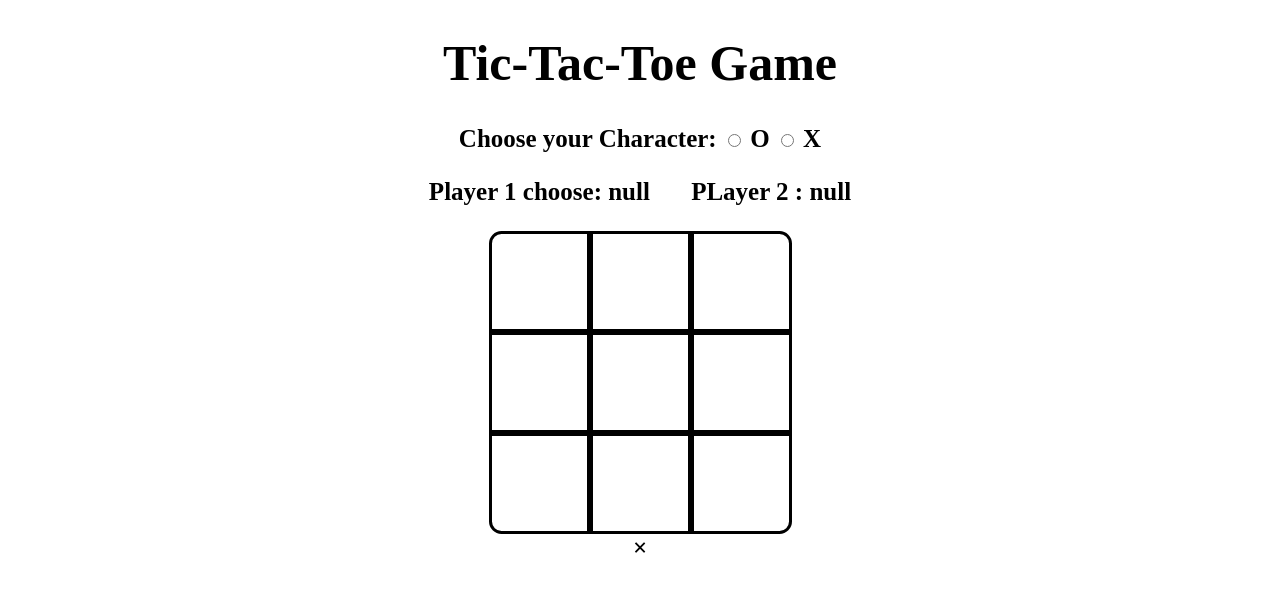
Repository: 0101chaitanya/Tic-Tac-Toe
Page: index.html
These files come from the project's save history. The page is drawn as it stood at one moment and after the next save; the edit follows.
The browser window is 1280 px wide. The pictures show the whole page.

Above is the page before, as saved 2021-06-11 21:01:07.
Console error: TypeError: Cannot set properties of null (setting 'onclick')

### index.html
<!DOCTYPE html>
<html>

<head>
    <meta charset="utf-8">
    <title>Tic-Tac-Toe Game</title>
    <meta name="viewport" content="width=device-width, initial-scale=1">

    <link rel="stylesheet" href="styles.css">
</head>

<body>

    <h1 id="heading">Tic-Tac-Toe Game</h1>
    <form>
        Choose your Character:
        <input value="O" name="radio" onclick="eventFun.setUser(this)" type="radio">
        <label for="O">O</label>
        <input value="X" name="radio" onclick="eventFun.setUser(this)" type="radio">
        <label for="X">X</label>

    </form>
    <div id="player">
        <span id='1'>Player 1 choose:</span>
        <span id='2'>PLayer 2 :</span>
    </div>
    <form id="gameSquare">
        <section id="row1">
            <div id="r1Column1"></div>
            <div id="rlColumn2"></div>
            <div id="rlColumn3"></div>
        </section>
        <section id="row2">
            <div id="r2Column1"></div>
            <div id="r2Column2"></div>
            <div id="r2Column3"></div>
        </section>
        <section id="row3">
            <div id="r3Column1"></div>
            <div id="r3Column2"></div>
            <div id="r3Column3"></div>
        </section>
    </form>
    <div class="alert">
        <span class="closebtn">&times;</span>
        <strong></strong>
    </div>

</body>
<script type="text/javascript" src="script.js"></script>

</html>

### styles.css
:root {
    text-align: center;
    font-weight: bold;
}

@media screen and (max-width: 400px) {
     :root {
        font-size: 14px;
    }
}

@media screen and (min-width: 401px) and (max-width: 700px) {
     :root {
        font-size: 18px;
    }
}

@media screen and (min-width: 701px) {
     :root {
        font-size: 25px;
    }
}

label>input {
    color: red;
    border: 1px solid;
}
#player{
    display: block;
    margin: 1rem auto 1rem auto;

}
#player>span{
    margin: auto 0.7rem auto 0.7rem;
}
#gameSquare {
    width: min-content;
    height: min-content;
    display: block;
    margin: auto;
}

#gameSquare>section:nth-child(n) {
    /* border-style: solid;
     */
    width: min-content;
    height: min-content;
    display: flex;
    justify-content: center;
    align-items: center;
}

#gameSquare>section:nth-child(n)>div:nth-child(n) {
    display: block;
    margin: auto;
    width: 3.8rem;
    height: 3.8rem;
    border-style: solid;
    border-width: 0.15rem;
}

#gameSquare>section:nth-child(1)>div:nth-child(1) {
    border-top-left-radius: 0.5rem;
}

#gameSquare>section:nth-child(1)>div:nth-child(3) {
    border-top-right-radius: 0.5rem;
}

#gameSquare>section:nth-child(3)>div:nth-child(1) {
    border-bottom-left-radius: 0.5rem;
}

#gameSquare>section:nth-child(3)>div:nth-child(3) {
    border-bottom-right-radius: 0.5rem;
}

### script.js
"use strict";
let eventFun = (function () {
    let user1Selection, user2Selection, runningCharacter;
    let runningNumber = 0, i, result;
    function setUser(given) {
        localStorage.setItem("user1Selection", given.value);
        document.querySelector(`form`).submit();
    }
    user1Selection = localStorage.getItem("user1Selection");
    user2Selection =
        user1Selection != null ? (user1Selection === "X" ? "O" : "X") : null;
    runningCharacter = user1Selection;
    document.getElementById('1').textContent += ` ` + user1Selection || '';
    document.getElementById('2').textContent += ` ` + user2Selection || '';

    let array = Array.from(
        document.getElementById("gameSquare").querySelectorAll("div")
    );
    function switchRunChar() {
        runningCharacter = runningCharacter === "O" ? "X" : "O";
        runningNumber = runningNumber === 0 ? 1 : 0;
    }
    function text(i) {
        return array[i].textContent;
    }
    let newArray = Array(array.length).fill();
    function arrayCreator(index, incrementer) {
        return [
            newArray[index],
            newArray[index + incrementer],
            newArray[index + 2 * incrementer],
        ];
    }
    let count = 0;

    let horizontalArray;
    let verticalArray;
    let diagonalArray;
    function parser(arrayInput) {
        let arr = arrayInput.map((item, index) => {
            let res = item.reduce((stack, item) => {
                stack += item;
                return stack;
            });
            return res;
        });
        return arr;
    }
    function check(input) {
        input.forEach((item) => {
            if (item === 3) {
                result = item;
                alert("Player 2 won");
            } else if (item === 0) {
                result = item;
                alert("Player 1 won");
            }
        });
    }
    function checkWin() {
        horizontalArray = [
            arrayCreator(0, 1),
            arrayCreator(3, 1),
            arrayCreator(6, 1),
        ];
        verticalArray = [
            arrayCreator(0, 3),
            arrayCreator(1, 3),
            arrayCreator(2, 3),
        ];
        diagonalArray = [arrayCreator(0, 4), arrayCreator(2, 2)];

        let horizontalParsed = parser(horizontalArray);
        let verticalParsed = parser(verticalArray);

        let diagonalParsed = parser(diagonalArray);
        check(horizontalParsed);
        check(verticalParsed);
        check(diagonalParsed);

        if (count == 8) {
            console.table(horizontalArray, verticalArray, diagonalArray);
            console.table({
                horizontalParsed: horizontalParsed,
                verticalParsed: verticalParsed,
                diagonalParsed: diagonalParsed,
            });
            console.table(newArray);
            if (result == undefined) {
                alert("draw");
            }
        }
    }

    let setOutput = function (e, index) {
        e.target.textContent = runningCharacter;
        e.target.removeEventListener("click", (e) => setOutput(e));
        newArray.splice(index, 1, runningNumber);
        switchRunChar();
        checkWin();

        count++;
    };
    array.forEach((item, index) => {
        item.textContent = "";
        item.addEventListener("click", (e) => setOutput(e, index), { once: true });
    });
    let close = document.getElementById('closebtn');
    close.onclick = function () {
        let div = this.parentElement;
        div.style.opacity = '0';
        setTimeout(function () {
            div.style.display = "none";
        }, 600);
    }


    return { result, array, setOutput, setUser, count };
})();

After the next save:
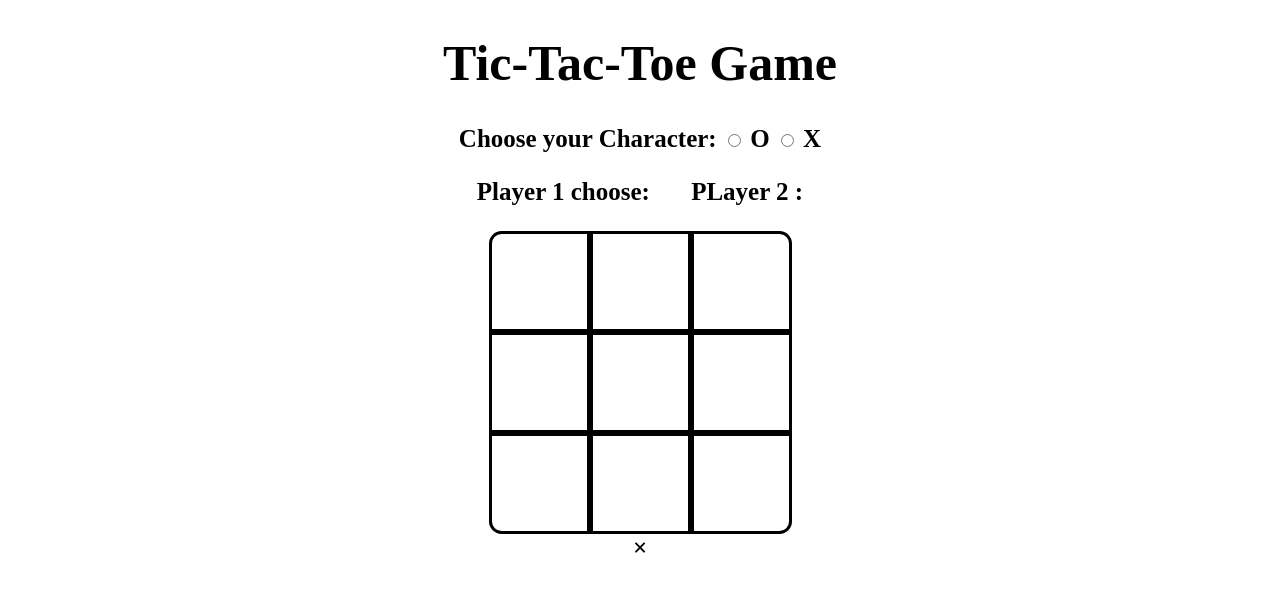
Console error: SyntaxError: Unexpected token 'in'
Saved 2 min 13 s later.
--- a/script.js
+++ b/script.js
@@ -46,14 +46,18 @@ let eventFun = (function () {
         });
         return arr;
     }
+    send(in){
+        let div = document.getElementById('ResultBox');
+        div.style.display = 'block';
+    }
     function check(input) {
         input.forEach((item) => {
             if (item === 3) {
                 result = item;
-                alert("Player 2 won");
+                send("Player 2 won");
             } else if (item === 0) {
                 result = item;
-                alert("Player 1 won");
+                send("Player 1 won");
             }
         });
     }
@@ -87,7 +91,7 @@ let eventFun = (function () {
             });
             console.table(newArray);
             if (result == undefined) {
-                alert("draw");
+                send("draw");
             }
         }
     }

After the 3 saves that followed:
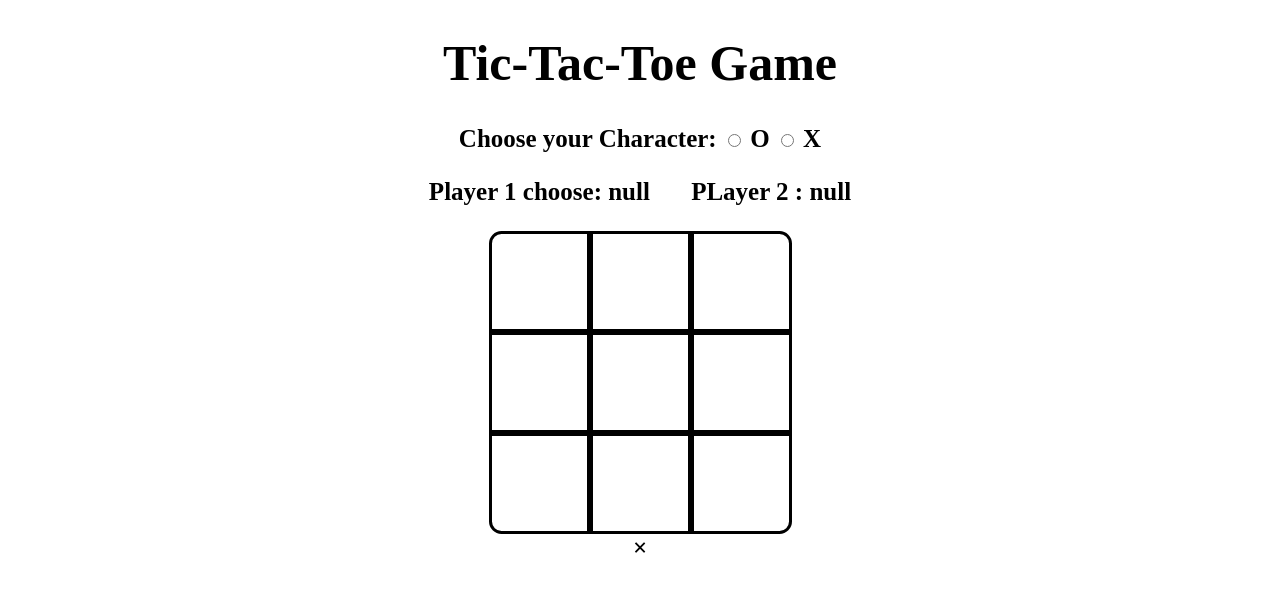
Console error: TypeError: Cannot set properties of null (setting 'onclick')
The 3 saves are shown as one change because 2 left the picture as it was.
The last was saved 111 s later.
--- a/script.js
+++ b/script.js
@@ -46,7 +46,7 @@ let eventFun = (function () {
         });
         return arr;
     }
-    send(in){
+    function send(input) {
         let div = document.getElementById('ResultBox');
         div.style.display = 'block';
     }
@@ -116,8 +116,6 @@ let eventFun = (function () {
         setTimeout(function () {
             div.style.display = "none";
         }, 600);
-    }
-
-
+    };
     return { result, array, setOutput, setUser, count };
 })();
